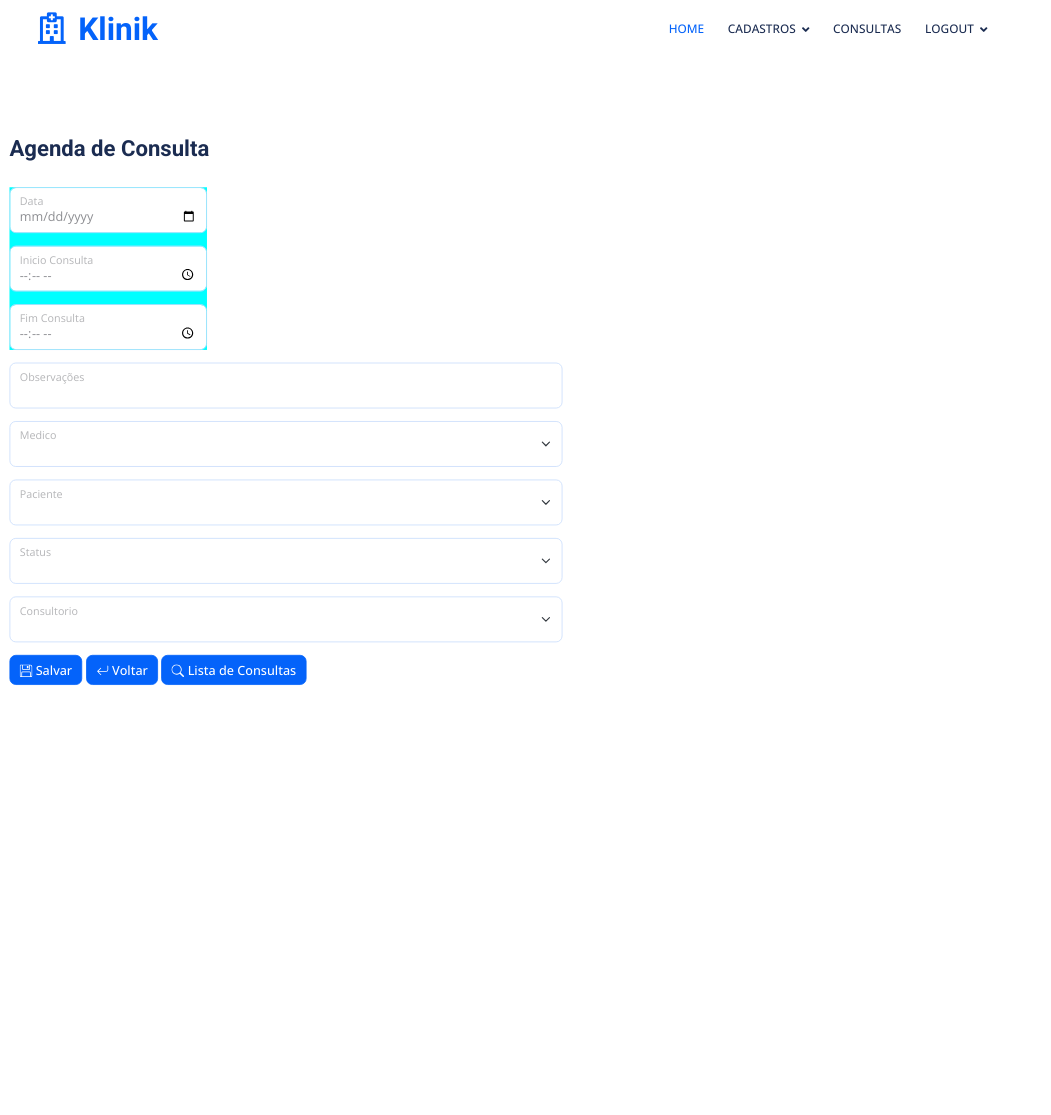
Repository: henrickrufino91/AgendaConsultas
Page: http://localhost/consulta/novaConsulta
These files come from the project's save history. The page is drawn as it stood at one moment and after the next save; the edit follows.
The browser window is 1280 px wide. The page is 1331 px wide, so the pictures cover 1331 px, including what lies to the right of the window. The pictures show the whole page, at 79% of full size.
Some web libraries are served in a nearby version. The page is this project's Thymeleaf template; nobody is signed in. The template is opened directly, without the code that normally fills it, so the values that code supplies are empty.

Above is the page before, as saved 2024-12-27 03:54:48.

After the next save:
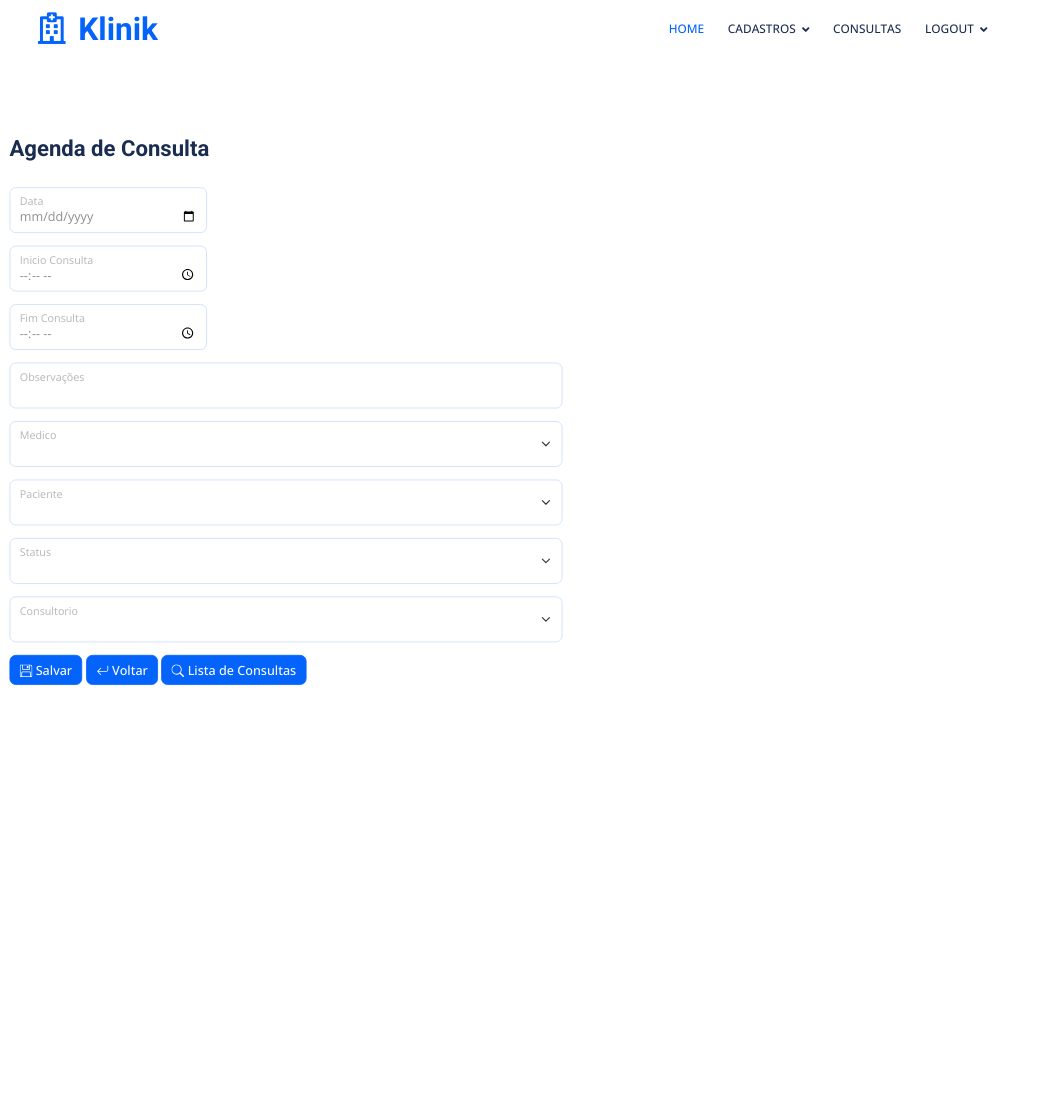
Saved 33 s later.
--- a/clinica/src/main/resources/templates/consulta/novaConsulta.html
+++ b/clinica/src/main/resources/templates/consulta/novaConsulta.html
@@ -111,7 +111,7 @@
 
 											<br>
 
-											<div style="width: 250px; background-color:aqua;" >
+											<div style="width: 250px; background-color:white;" >
 
                                             <div class="form-floating mb-3" id="a1">
                                                 <input class="form-control" th:field="*{dataConsulta}" id="inputEmail" type="date" />
